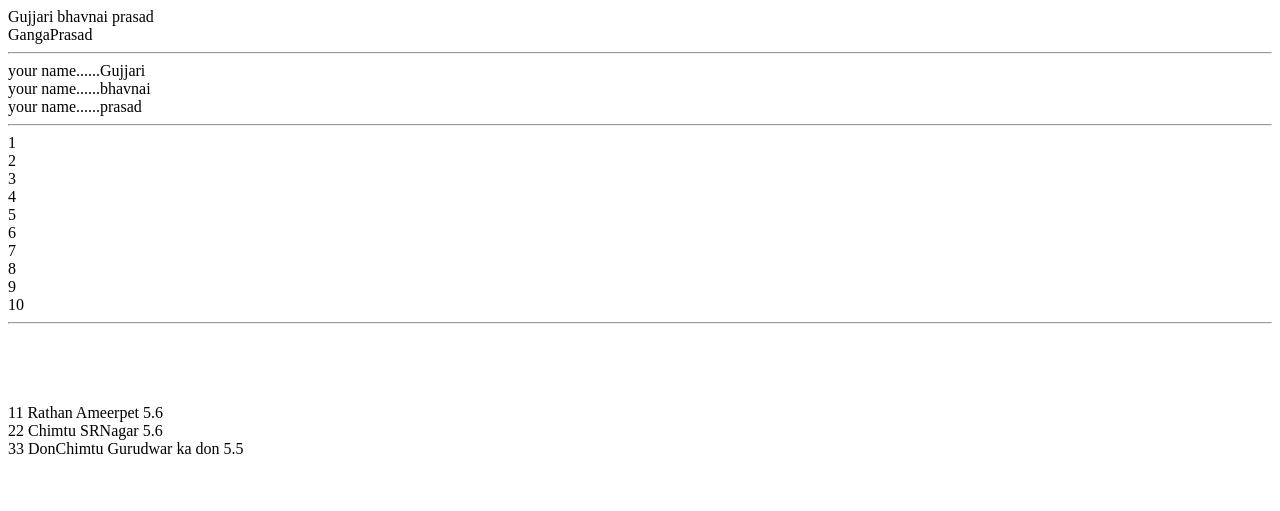
Repository: bpgujjari/Java-Logics
Page: http://localhost/JSTLExample/jstlEx.jsp
These files come from the project's save history. The page is drawn as it stood at one moment and after the next save; the edit follows.
The browser window is 1280 px wide. The pictures show the whole page.
The page is served by Tomcat 9.

Above is the page before, as saved 2023-03-10 17:30:02.

After the next save:
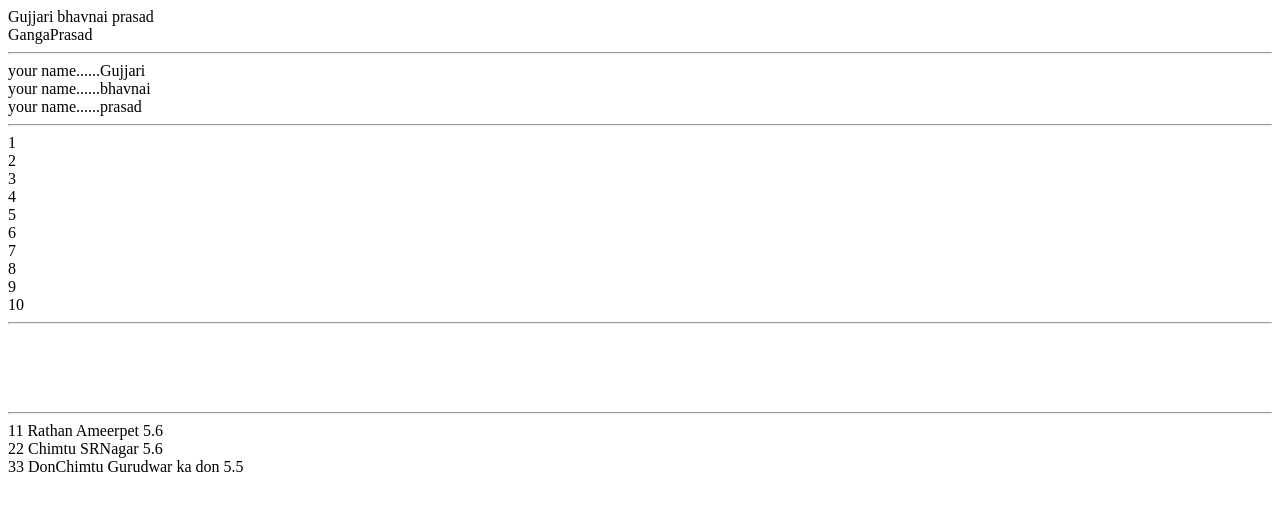
Saved 19 s later.
--- a/conditional and looping programs/RathanSir/JSTLExample/src/main/webapp/jstlEx.jsp
+++ b/conditional and looping programs/RathanSir/JSTLExample/src/main/webapp/jstlEx.jsp
@@ -35,7 +35,7 @@ your name......${names}<br>
 <c:forEach var="num" begin="1" end="10">
 ${num }<br>
 </c:forEach><hr>
-<br><br><br><br>
+<br><br><br><br><hr>
 <c:forEach var="guja" items="${students}">
 ${guja.id}
 ${guja.name}
